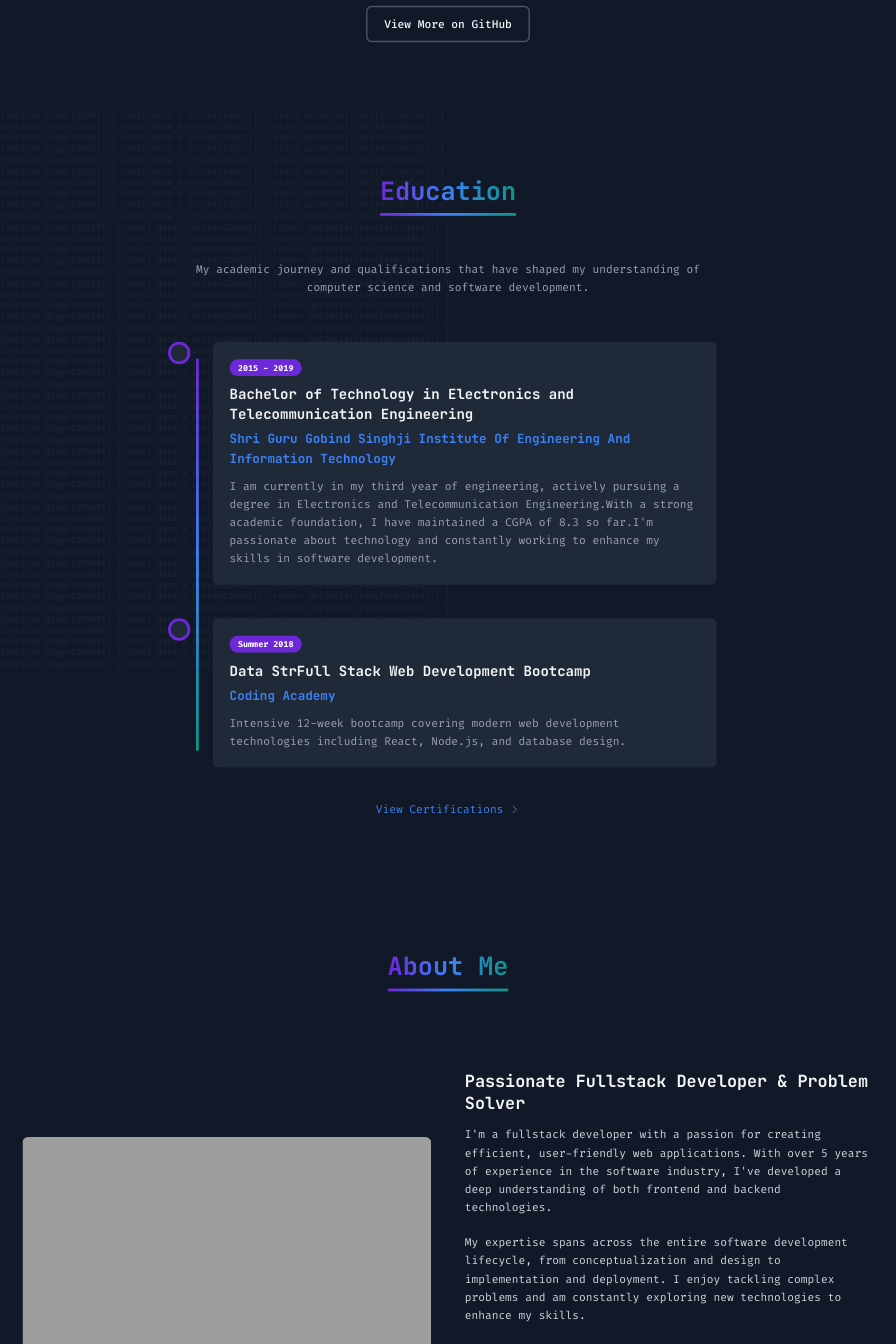
Repository: Saquib45/portfolio
Page: /
These files come from the project's save history. The page is drawn as it stood at one moment and after the next save; the edit follows.
The browser window is 1280 px wide. The pictures show the part of the page from y = 3905 to 5825 px (the page is 7559 px tall), at 70% of full size.
Pictures or frames that could not be fetched are drawn as grey boxes. The project was rebuilt for these pictures with package versions that can differ from the ones it lists, and the page was loaded fresh each time. Also part of the build but not shown: vite.config.ts.

Above is the page before, as saved 2025-04-24 14:21:34.

After the next save:
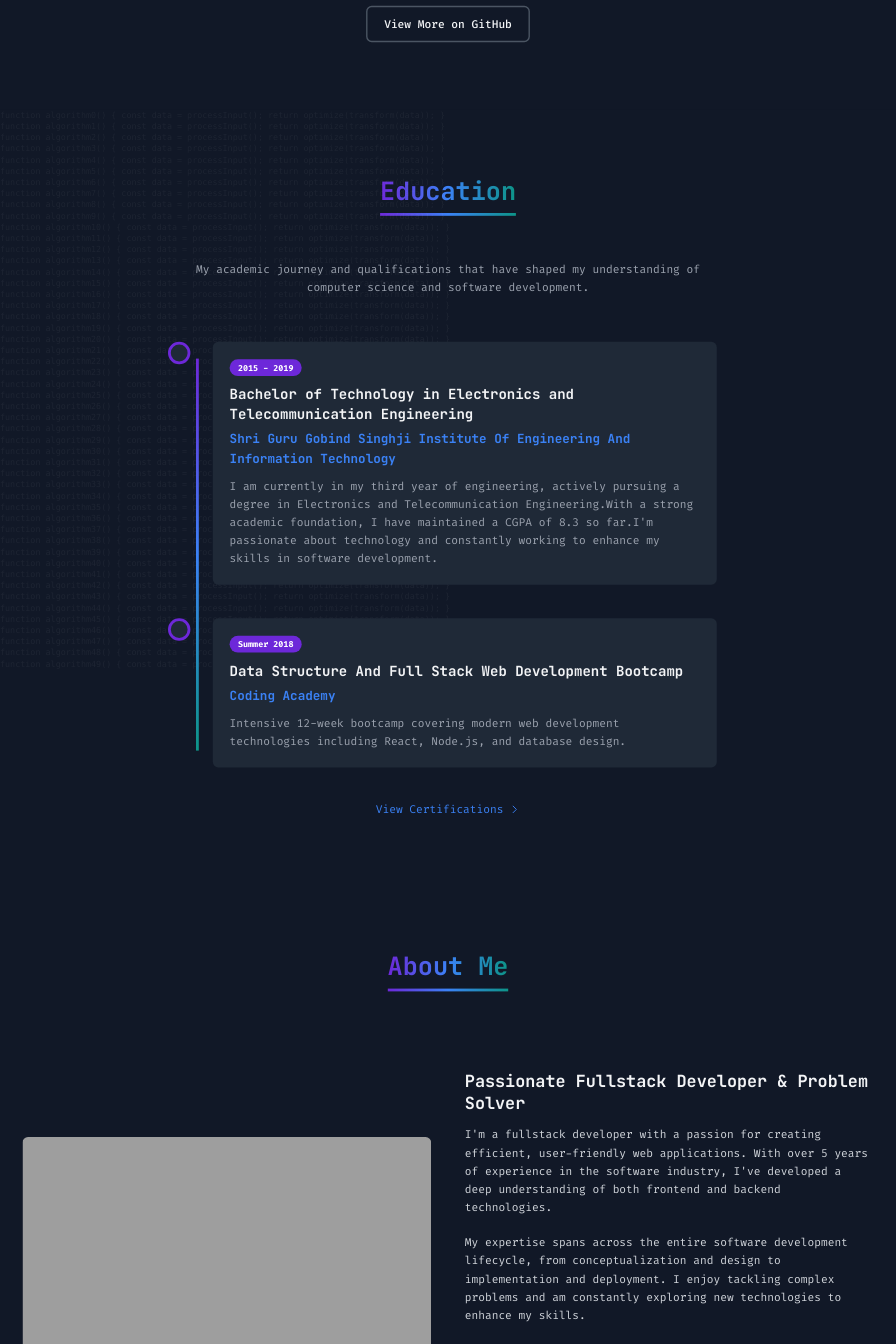
Saved 5 s later.
--- a/src/components/Education.tsx
+++ b/src/components/Education.tsx
@@ -48,7 +48,7 @@ const Education: React.FC = () => {
       description: "I am currently in my third year of engineering, actively pursuing a degree in Electronics and Telecommunication Engineering.With a strong academic foundation, I have maintained a CGPA of 8.3 so far.I'm passionate about technology and constantly working to enhance my skills in software development."
     },
     {
-      degree: "Data StrFull Stack Web Development Bootcamp",
+      degree: "Data Structure And Full Stack Web Development Bootcamp",
       institution: "Coding Academy",
       period: "Summer 2018",
       description: "Intensive 12-week bootcamp covering modern web development technologies including React, Node.js, and database design."
